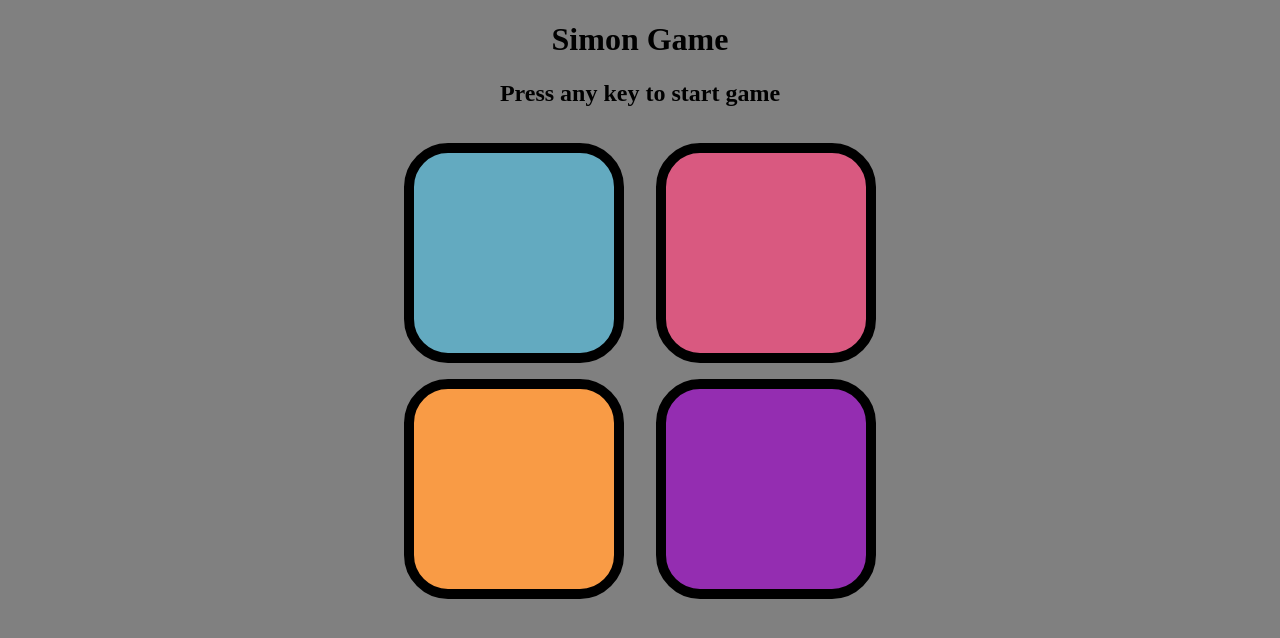
Repository: Ruchii02/javascript-mini-project
Page: index.html
These files come from the project's save history. The page is drawn as it stood at one moment and after the next save; the edit follows.
The browser window is 1280 px wide. The pictures show the whole page.
After loading, the first visible `#green` was clicked once.

Above is the page before, as saved 2024-07-02 11:20:54.

After the next save:
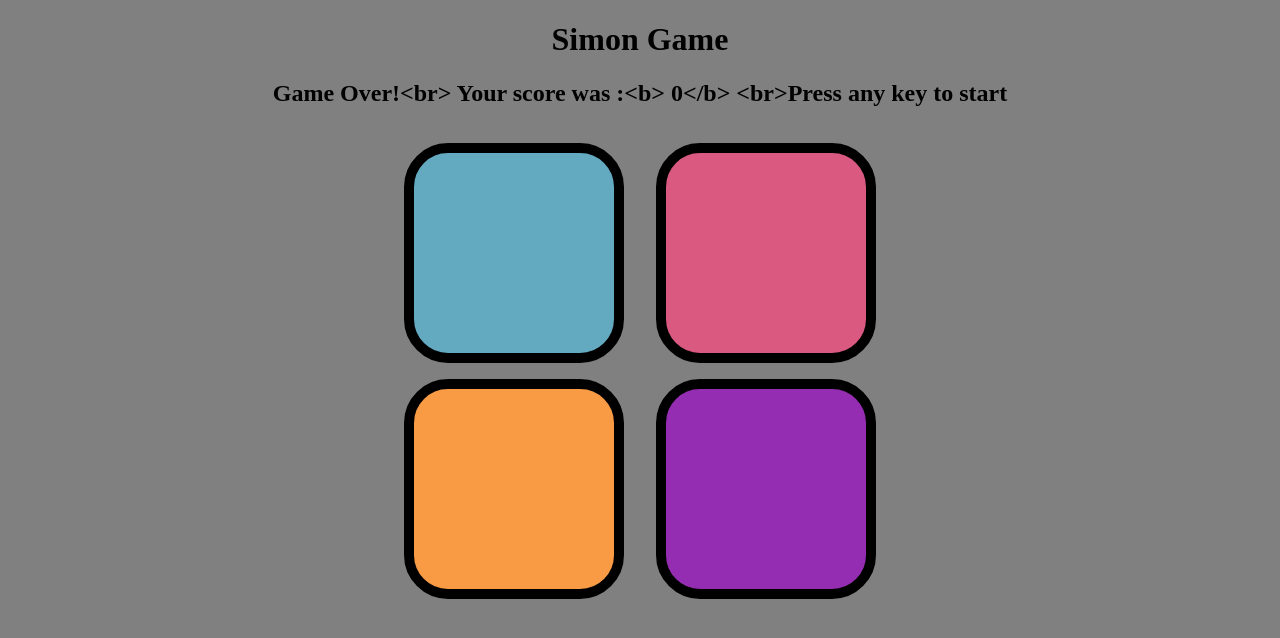
Saved 64 s later.
--- a/app.js
+++ b/app.js
@@ -48,7 +48,7 @@ let h2= document.querySelector("h2");
        setTimeout(levelup,1000);
        }
       }else{
-        h2.innerHtml = `Game Over!<br> Your score was :<b> ${level}</b> <br>Press any key to start`;
+        h2.innerText  = `Game Over!<br> Your score was :<b> ${level}</b> <br>Press any key to start`;
         document.querySelector("body").style.backgroundColor = "red";
         setTimeout(function(){
           document.querySelector("body").style.backgroundColor = "gray";
